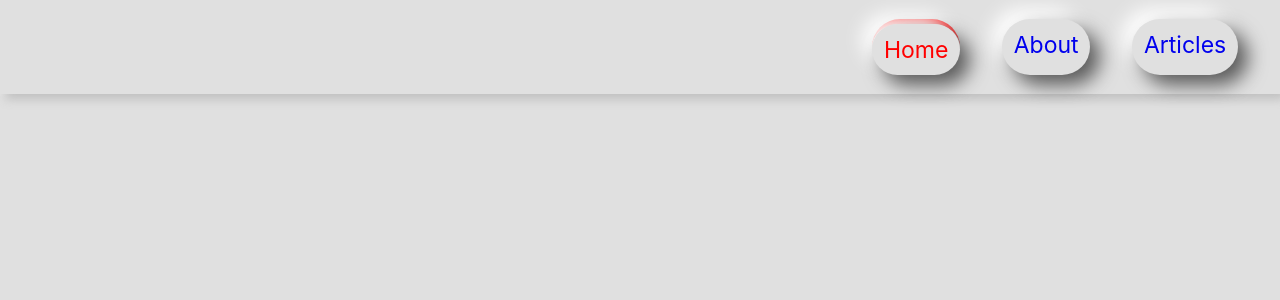
Repository: ShindanoSingi/react-software-architecture-course
Page: /
These files come from the project's save history. The page is drawn as it stood at one moment and after the next save; the edit follows.
The browser window is 1280 px wide. The pictures show the whole page.
The project was rebuilt for these pictures with package versions that can differ from the ones it lists, and the page was loaded fresh each time. Also part of the build but not shown: src/pages/About.js, src/pages/Articles.js.

Above is the page before, as saved 2022-12-25 21:00:49.

### src/index.css
body {
  margin: 0;
  font-family: -apple-system, BlinkMacSystemFont, 'Segoe UI', 'Roboto', 'Oxygen',
    'Ubuntu', 'Cantarell', 'Fira Sans', 'Droid Sans', 'Helvetica Neue',
    sans-serif;
  -webkit-font-smoothing: antialiased;
  -moz-osx-font-smoothing: grayscale;

  background: #e0e0e0;
  box-shadow: 5px 5px 10px #bebebe,
      -5px -5px 10px #ffffff;
}

code {
  font-family: source-code-pro, Menlo, Monaco, Consolas, 'Courier New',
    monospace;
}

### src/App.js
import './App.css';
import { Routes, Route, NavLink } from 'react-router-dom';
import Home from './pages/Home';
import About from './pages/About';
import Articles from './pages/Articles';


function App() {

  return (
    <>
      <nav className='nav-bar'>
      <ul className='list-container'>
        <NavLink to='/' className={({isActive}) => isActive ? "is-active" : null}>
          <li className='home'>Home</li>
        </NavLink>

        <NavLink to='/about' className={({isActive}) => isActive ? "is-active" : null}>
          <li className='about'>About</li>
        </NavLink>

        <NavLink to='/articles' className={({isActive}) => isActive ? "is-active" : null}>
          <li className='articles'>Articles</li>
        </NavLink>
      </ul>
    </nav>
      <Routes>
        <Route path='/' element={<Home />}/>
        <Route path='about' element={<About />}/>
        <Route path='articles' element={<Articles />}/>
      </Routes>
    </>
  );
}

export default App;

### src/App.css
h1 {
    text-align: center;
    margin: 0rem;
    padding: 0.5em;
}

.is-active {
    color: red;
    border-top: 5px solid red;
    border-radius: 205px;
}

.home,
.about,
.articles {
    border-radius: 205px;
    background: #e0e0e0;
    box-shadow: 10px 10px 19px #5a5a5a,
        -10px -10px 19px #ffffff;
    padding: 0.5em;
}

.list-container,
a {
    font-size: 1.2em;
    list-style: none;
    text-decoration: none;
    display: flex;
    justify-content: flex-end;
    gap: 1em;
    margin-right: 1em;
}

.nav-bar {
    position: fixed;
    width: 100%;
    top: 0;
    background: #e0e0e0;
    box-shadow: 5px 5px 10px #bebebe,
        -5px -5px 10px #ffffff;
}

.container {
    position: fixed;
    top: 4.5em;
    width: 80em;
    background-color: beige;
    margin: 0 auto;
    height: 100%;
    padding-top: 5em;
}

Loaded but not shown: public/index.html (common file); src/index.js (common file); src/reportWebVitals.js (common file); src/pages/Home.js (common file)

After the next save:
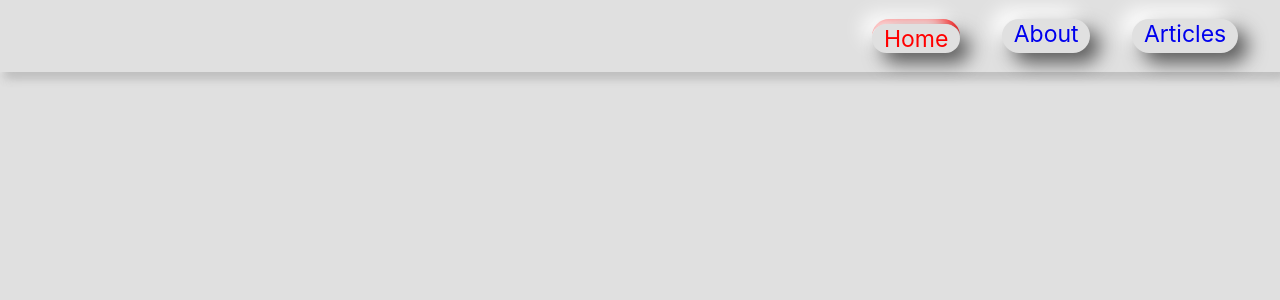
Saved 11 s later.
--- a/src/App.css
+++ b/src/App.css
@@ -17,7 +17,7 @@ h1 {
     background: #e0e0e0;
     box-shadow: 10px 10px 19px #5a5a5a,
         -10px -10px 19px #ffffff;
-    padding: 0.5em;
+    padding: 00.02em 0.5em;
 }
 
 .list-container,
